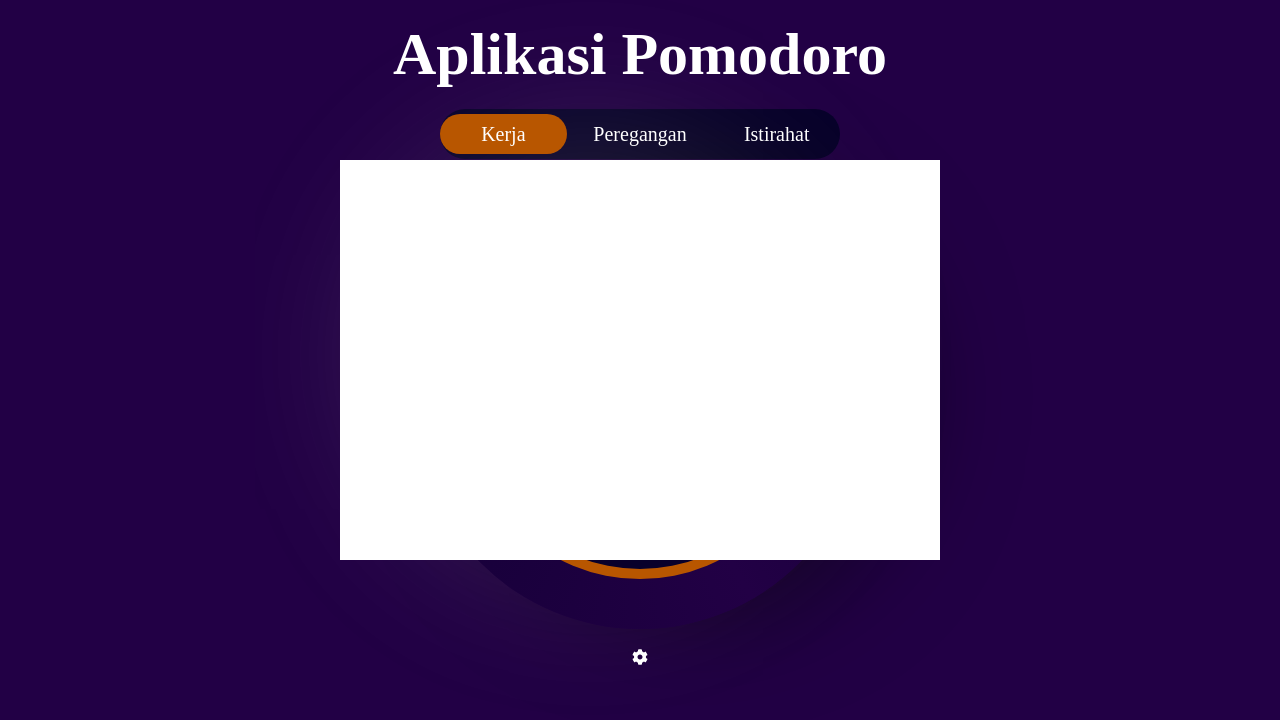
Repository: sellayspy/aplikasiPomodoro
Page: /
These files come from the project's save history. The page is drawn as it stood at one moment and after the next save; the edit follows.
The browser window is 1280 px wide. The pictures show the whole page.
The project was rebuilt for these pictures with package versions that can differ from the ones it lists, and the page was loaded fresh each time. Also part of the build but not shown: vite.config.js.

Above is the page before, as saved 2024-11-25 16:16:02.

### index.html
<!DOCTYPE html>
<html lang="en">
  <head>
    <meta charset="UTF-8" />
    <link rel="icon" type="image/svg+xml" href="/vite.svg" />
    <meta name="viewport" content="width=device-width, initial-scale=1.0" />
    <title>Aplikasi Pomodoro</title>
  </head>
  <body>
    <div id="root"></div>
    <script type="module" src="/src/main.jsx"></script>
  </body>
</html>

### src/main.jsx
import { StrictMode } from "react";
import { createRoot } from "react-dom/client";
import { createGlobalStyle, ThemeProvider } from "styled-components";
import App from "./App.jsx";
import StateProvider from "./components/StateProvider.jsx";

const GlobalStyle = createGlobalStyle`

*{
  margin: 0;
  padding: 0;
  box-sizing: border-box;
}

  html,body{
    background-color: ${(props) => props.theme.colors.bg};;
    font-size: 62.5%;
  }

  body{
    font-size: 1.6rem;
    color: white;
  }

`;

const theme = {
  colors: {
    primary: "#b85600",
    secondary: "#08002b",
    bg: "#220045",
  },
};

createRoot(document.getElementById("root")).render(
  <StrictMode>
    <StateProvider>
      <ThemeProvider theme={theme}>
        <GlobalStyle />
        <App />
      </ThemeProvider>
    </StateProvider>
  </StrictMode>
);

### src/App.jsx
import styled from "styled-components";
import Judul from "./components/Judul";
import Timer from "./components/Timer";
import Modal from "./components/Settings/Modal";
import { useState } from "react";
import { FaCog } from "react-icons/fa";

function App() {
  const [isOpen, setIsOpen] = useState(false);

  const onClose = () => {
    setIsOpen(false);
  };
  const onOpen = () => {
    setIsOpen(true);
  };
  return (
    <>
      <Modal onOpen={onOpen} onClose={onClose} />
      <Title>Aplikasi Pomodoro</Title>
      <Judul />
      <Timer />

      <CogIcon>
        <FaCog />
      </CogIcon>
    </>
  );
}

export default App;

const Title = styled.h1`
  font-size: 6rem;
  padding: 2rem 0;
  text-align: center;
`;

const CogIcon = styled.div`
  display: flex;
  justify-content: center;
  font-size: ;
`;

### src/components/StateProvider.jsx
import { createContext, useEffect, useState } from "react";
export const StateContext = createContext();

const StateProvider = ({ children }) => {
  const [waktuKerja, setWaktuKerja] = useState(25 * 60);
  const [peregangan, setPeregangan] = useState(5 * 60);
  const [istirahat, setIstirahat] = useState(30 * 60);

  const [initialWaktu, setInitialWaktu] = useState(0);

  const [activeJudul, setActiveJudul] = useState(0);
  const [progress, setProgress] = useState(55);
  const [time, setTime] = useState(500);
  const [isActive, setIsActive] = useState(false);

  useEffect(() => {
    switch (activeJudul) {
      case 0:
        setTime(waktuKerja);
        setInitialWaktu(waktuKerja);
        break;
      case 1:
        setTime(peregangan);
        setInitialWaktu(peregangan);
        break;
      case 2:
        setTime(istirahat);
        setInitialWaktu(istirahat);
        break;
      default:
        break;
    }
  }, [activeJudul, waktuKerja, peregangan, istirahat]);

  return (
    <StateContext.Provider
      value={{
        activeJudul,
        setActiveJudul,
        progress,
        setProgress,
        isActive,
        setIsActive,
        time,
        setTime,
        initialWaktu,
        setInitialWaktu,
      }}
    >
      {children}
    </StateContext.Provider>
  );
};

export default StateProvider;

### src/components/Judul.jsx
import styled, { css } from "styled-components";
import { useContext } from "react";
import { StateContext } from "./StateProvider";

const Judul = () => {
  const { activeJudul, setActiveJudul } = useContext(StateContext);

  const handleJudulClick = (index) => {
    setActiveJudul(index);
  };
  return (
    <JudulContainer>
      {["Kerja", "Peregangan", "Istirahat"].map((tag, i) => (
        <Tag
          onClick={() => handleJudulClick(i)}
          active={activeJudul === i}
          key={i}
        >
          {tag}
        </Tag>
      ))}
    </JudulContainer>
  );
};

export default Judul;

const JudulContainer = styled.div`
  background: ${(props) => props.theme.colors.secondary};
  height: 5rem;
  width: 40rem;
  margin: 0 auto;
  border-radius: 5rem;
  display: flex;
  gap: 1rem;
  align-items: center;
`;

const Tag = styled.button`
  all: unset;
  height: 4rem;
  text-align: center;
  border-radius: 5rem;
  flex: 1;
  font-size: 2rem;

  ${({ active }) =>
    active &&
    css`
      background: ${(props) => props.theme.colors.primary};
    `}
`;

### src/components/Timer.jsx
import styled from "styled-components";
import TimerProgress from "./TimerProgress";

const Timer = () => {
  return (
    <TimerContainer>
      <TimerProgress />
    </TimerContainer>
  );
};

export default Timer;

const TimerContainer = styled.div`
  background: conic-gradient(
    ${(props) => props.theme.colors.secondary},
    ${(props) => props.theme.colors.bg} 150deg,
    ${(props) => props.theme.colors.secondary}
  );

  width: 45rem;
  height: 45rem;

  margin: 2rem auto;
  border-radius: 50%;
  display: grid;
  place-items: center;
  box-shadow: -50px -50px 150px rgba(158, 158, 158, 0.2),
    50px -10px 100px rgba(0, 0, 0, 0.5);
`;

### src/components/Settings/Modal.jsx
import Backdrop from "./Backdrop";
import ModalContainer from "./ModalContainer";

const Modal = () => {
  return (
    <>
      <Backdrop />
      <ModalContainer />
    </>
  );
};

export default Modal;

### src/components/TimerProgress.jsx
import { useContext, useEffect } from "react";
import styled from "styled-components";
import Waktu from "./Waktu";
import { StateContext } from "./StateProvider";
import Timer from "./Timer";

const TimerProgress = () => {
  const { progress, setProgress, time, initialWaktu } =
    useContext(StateContext);

  useEffect(() => {
    setProgress(time / (initialWaktu / 100));
  }, [setProgress, time]);

  return (
    <OuterCircle progress={progress}>
      <InnerCircle>
        <Waktu />
      </InnerCircle>
    </OuterCircle>
  );
};

export default TimerProgress;

const OuterCircle = styled.div`
  width: 35rem;
  height: 35rem;

  border-radius: 50%;
  display: grid;
  place-items: center;
  background: conic-gradient(
    ${(props) => props.theme.colors.primary} ${({ progress }) => progress}%,
    transparent ${({ progress }) => progress}%
  );
`;

const InnerCircle = styled.div`
  width: 33rem;
  height: 33rem;
  background: ${(props) => props.theme.colors.secondary};

  border-radius: 50%;
  display: grid;
  place-items: center;
`;

### src/components/Settings/Backdrop.jsx
import styled from "styled-components";

const Backdrop = () => {
  return <kBackdroop></kBackdroop>;
};

export default Backdrop;

const kBackdroop = styled.div`
  width: 100%;
  height: 100%;
  position: fixed;
  top: 0;
  left: 0;
  z-index: 100;
  background-color: rgba;
`;

### src/components/Settings/ModalContainer.jsx
import styled from "styled-components";

const ModalContainer = () => {
  return (
    <Container>
      <ModalContent>
        <ModalHeader>
          <ModalTitle>Setting</ModalTitle>
          <ModalCloseButton>X</ModalCloseButton>
        </ModalHeader>
        <ModalBody></ModalBody>
      </ModalContent>
    </Container>
  );
};

export default ModalContainer;

const Container = styled.div`
  position: absolute;
  height: 100vh;
  width: 100vw;
  display: grid;
  place-items: center;
  z-index: 150;
`;

const ModalContent = styled.div`
  width: 60rem;
  height: 40rem;
  background-color: white;
`;

const ModalHeader = styled.div``;
const ModalTitle = styled.div``;
const ModalCloseButton = styled.div``;
const ModalBody = styled.div``;

### src/components/Waktu.jsx
import { useEffect, useContext } from "react";
import styled from "styled-components";
import { StateContext } from "./StateProvider";

const Waktu = () => {
  const { time, setTime, isActive, setIsActive, initialWaktu } =
    useContext(StateContext);
  useEffect(() => {
    if (isActive && time > 0) {
      const interval = setInterval(() => {
        setTime((time) => time - 1);
      }, 1000);

      return () => clearInterval(interval);
    }
  }, [time, isActive]);

  const buttonClick = () => {
    setIsActive(!isActive);
  };

  const buttonReset = () => {
    setTime(initialWaktu);
    setIsActive(false);
  };

  const getTime = (time) => {
    const min = Math.floor(time / 60);
    const sec = time % 60;
    return `${min < 10 ? "0" + min : min}:${sec < 10 ? "0" + sec : sec}`;
  };

  return (
    <ClockContainer>
      <TimerText>{getTime(time)}</TimerText>
      <StartPauseButton onClick={buttonClick}>
        {isActive ? "Pause" : "Start"}
      </StartPauseButton>
      {time === 0 && <ResetButton onClick={buttonReset}>RESET</ResetButton>}
    </ClockContainer>
  );
};

export default Waktu;
const ClockContainer = styled.div`
  display: grid;
  place-items: center;
`;

const TimerText = styled.h3`
  font-size: 10rem;
`;

const StartPauseButton = styled.button`
  all: unset;
  text-align: center;
  font-size: 3rem;
  text-transform: uppercase;
  letter-spacing: 1rem;
`;

const ResetButton = styled(StartPauseButton)`
  color: red;
`;

After the next save:
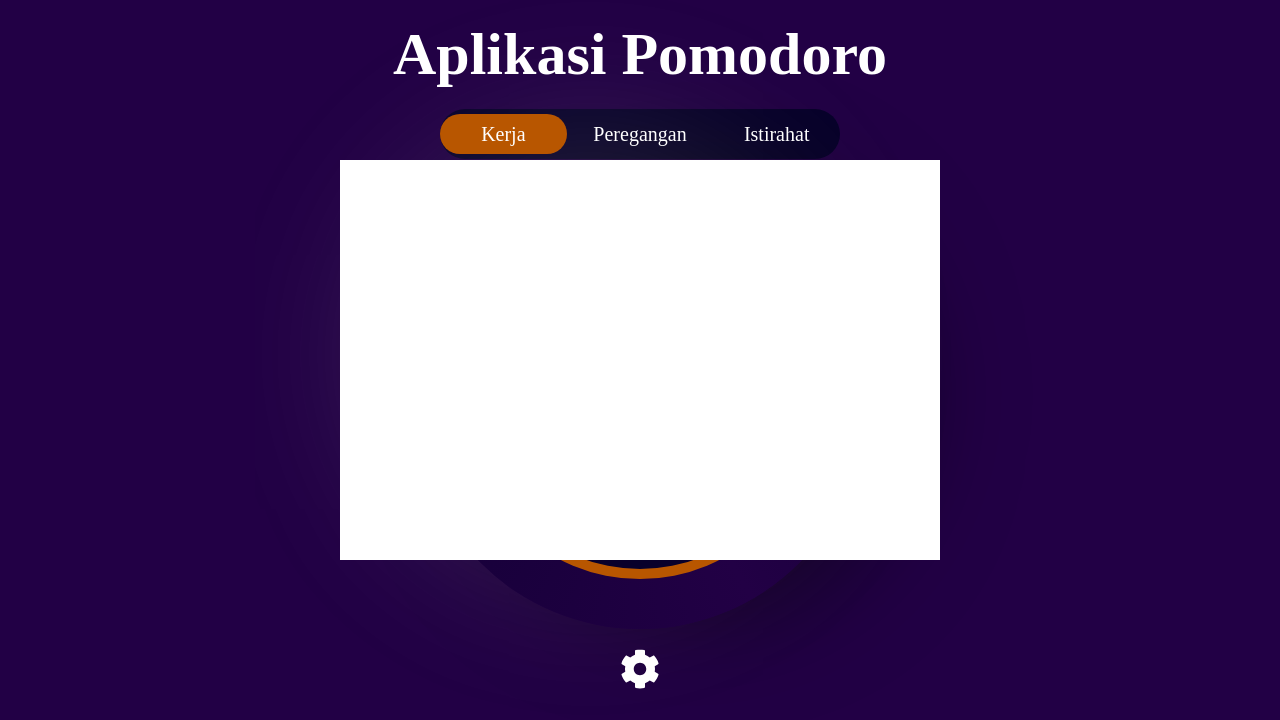
Saved 9 s later.
--- a/src/App.jsx
+++ b/src/App.jsx
@@ -39,5 +39,5 @@ const Title = styled.h1`
 const CogIcon = styled.div`
   display: flex;
   justify-content: center;
-  font-size: ;
+  font-size: 4rem;
 `;
